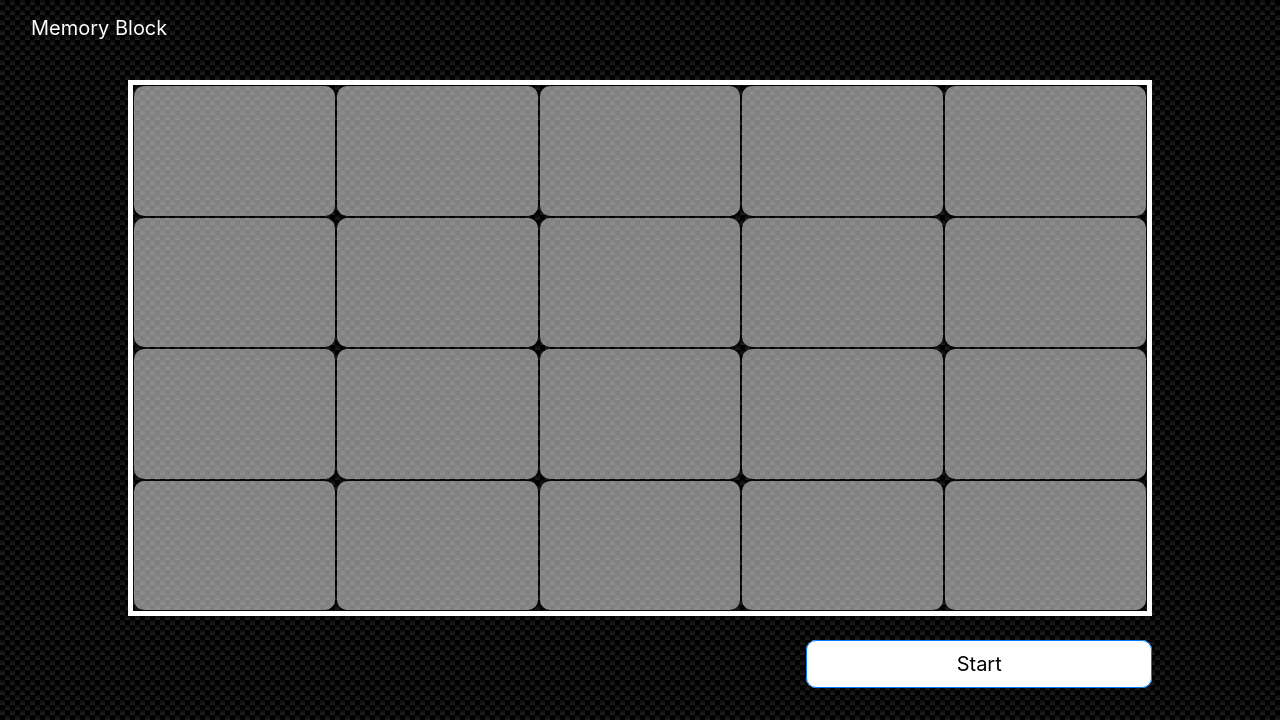
Repository: chrisrees85/memory-block
Page: hard.html
The author's editor kept a record of every edit. The page is drawn from the files as they stood at one moment, then again after the next edit.
The browser window is 1280 px wide. The pictures show the whole page.

Above is the page before.

### hard.html
<!DOCTYPE html>
<html lang="en">

<head>
    <meta charset="UTF-8">
    <meta name="viewport" content="width=device-width, initial-scale=1.0">
    <meta http-equiv="X-UA-Compatible" content="ie=edge">
    <title>Memory Block</title>
    <link rel="stylesheet" href="https://stackpath.bootstrapcdn.com/bootstrap/4.3.1/css/bootstrap.min.css" integrity="sha384-ggOyR0iXCbMQv3Xipma34MD+dH/1fQ784/j6cY/iJTQUOhcWr7x9JvoRxT2MZw1T" crossorigin="anonymous">
    <link rel="stylesheet" href="assets/css/style.css" type="text/css" />
</head>

<body>
    <div class="container-fluid">
        <nav class="navbar navbar-dark bg-dark">
                        <a class="navbar-brand" href="index.html">Memory Block</a>
        </nav>
    </div>
    </br>
        <div class="container board">
            <div class="row">
                <div class="col tiles"></div>
                <div class="col tiles"></div>
                <div class="col tiles"></div>
                <div class="col tiles"></div>
                <div class="col tiles"></div>
            </div>
            <div class="row">
                <div class="col tiles"></div>
                <div class="col tiles"></div>
                <div class="col tiles"></div>
                <div class="col tiles"></div>
                <div class="col tiles"></div>
            </div>
            <div class="row">
                <div class="col tiles"></div>
                <div class="col tiles"></div>
                <div class="col tiles"></div>
                <div class="col tiles"></div>
                <div class="col tiles"></div>
            </div>
            <div class="row">
                <div class="col tiles"></div>
                <div class="col tiles"></div>
                <div class="col tiles"></div>
                <div class="col tiles"></div>
                <div class="col tiles"></div>
            </div>
        </div>
        </br>
        <div class="row btn-right">

            <div id="btn"></div>

        </div>
    </div>

    <div class="modal fade" id="exampleModal" tabindex="-1" role="dialog" aria-labelledby="exampleModalLabel" aria-hidden="true">
        <div class="modal-dialog" role="document">
            <div class="modal-content">
                <div class="modal-header">
                    <h5 class="modal-title" id="modal-head"></h5>
                </div>
                <div class="modal-body" id='modal-text'>
                </div>
                <div class="modal-footer">
                    <div id="modal-btn1"></div>
                    <div id="modal-btn2"></div>
                </div>
            </div>
        </div>
    </div>


    <script src="https://code.jquery.com/jquery-3.3.1.slim.min.js" integrity="sha384-q8i/X+965DzO0rT7abK41JStQIAqVgRVzpbzo5smXKp4YfRvH+8abtTE1Pi6jizo" crossorigin="anonymous"></script>
    <script src="https://cdnjs.cloudflare.com/ajax/libs/popper.js/1.14.7/umd/popper.min.js" integrity="sha384-UO2eT0CpHqdSJQ6hJty5KVphtPhzWj9WO1clHTMGa3JDZwrnQq4sF86dIHNDz0W1" crossorigin="anonymous"></script>
    <script src="https://stackpath.bootstrapcdn.com/bootstrap/4.3.1/js/bootstrap.min.js" integrity="sha384-JjSmVgyd0p3pXB1rRibZUAYoIIy6OrQ6VrjIEaFf/nJGzIxFDsf4x0xIM+B07jRM" crossorigin="anonymous"></script>
    <script type="text/javascript" src="assets/js/scripts.js"></script>
</body>

</html>

### assets/css/style.css
* {
  padding: 0;
  margin: 0;
  box-sizing: border-box;
}

body {
  background-color: rgb(32, 32, 32);
  background-image: linear-gradient(45deg, black 25%, transparent 25%, transparent 75%, black 75%, black), linear-gradient(45deg, black 25%, transparent 25%, transparent 75%, black 75%, black), linear-gradient(to bottom, rgb(8, 8, 8), rgb(32, 32, 32));
  background-size: 10px 10px, 10px 10px, 10px 5px;
  background-position: 0px 0px, 5px 5px, 0px 0px;
}

h1, p{
  color:white;
}

.navbar-dark{
  background-color: rgba(0,0,0,0)!important;
}

.center {
  text-align: center;
}

.btn-lg{
  width:60vw;
  margin:auto;
  border-radius: 10px;
}

.board {
  width: 80vw;
  height:calc(72vh + 18px);
  margin: auto;
  border:5px solid white;
}

.tiles {
  background-color: rgba(255,255,255,0.5);
  height: 18vh;
  border-radius: 10px;
  margin: 1px;
}

.btn-right {
  margin-right: 10vw;
  float: right;
}

#btn,
#play-btn {
  width: 27vw;
  border-radius: 10px;
  background-color: white;
  color:black;
}

.blue{
  background-color: blue;
  transform: rotateY(-0deg);
  transition: transform 0.5s;
}

.green {
  background-color: green;
  transform: rotateY(180deg);
  transition: transform 0.5s;
}

.modal-dialog {
  padding-top: 200px;
}

### assets/js/scripts.js
let blocks = Array.from(document.querySelectorAll('.block'));
let buttonDiv = document.getElementById('btn');
let blocksLength = blocks.length;
let score = 0;

// First function of the play button

function startButton() {
    buttonDiv.innerHTML = '<button type="button" class="btn btn-primary btn-lg" id="play-btn" onclick="onClick();">Start</button>';
}
startButton();

// Function performs when first button function is pressed

function onClick() {
    // Renders the button inactive so the user can't keep calling onClick function
    buttonDiv.innerHTML = '<button type="button" class="btn btn-primary btn-lg" id="play-btn">Start</button>';

    // Countdown timer shown in the button text
    // Once time is up the buttons function changes to check users attempt
    let timeleft = 5;
    let countdownTimer = setInterval(function() {
        buttonDiv.innerHTML = '<button type="button" class="btn btn-primary btn-lg" id="play-btn"></button>';
        document.getElementById('play-btn').textContent = timeleft;
        timeleft -= 1;
        if (timeleft < 0) {
            clearInterval(countdownTimer);
            buttonDiv.innerHTML = '<button type="button" class="btn btn-primary btn-lg" id="play-btn" onclick="checkAttempt();" data-toggle="modal" data-target="#exampleModal">Check</button>';
        }
    }, 1000);

    // Shuffles the blocks array into a random order
    let i = blocksLength,
        rand, temp;
    while (--i > 0) {
        rand = Math.floor(Math.random() * (i + 1));
        temp = blocks[rand];
        blocks[rand] = blocks[i];
        blocks[i] = temp;
    }

    // Selects half of the shuffled array and adds the color class
    let bottomHalfblocks = blocks.slice(blocksLength / 2, blocksLength);
    bottomHalfblocks.forEach(function(i) {
        i.classList.replace('blue', 'green');
    });

    // Replaces the color class with an unused class after 6 seconds
    function clearBoard() {
        bottomHalfblocks.map(function(i) {
            i.classList.replace('green', 'blue');
            i.classList.add('marker')
        });
    }
    setTimeout(clearBoard, 6000);
    console.log(blocks);

    // Activates the users ability to click and change the block color 6 seconds after the start button is pressed
    function allowUserClick() {
        blocks.forEach(function(i) {
            i.addEventListener('click', tileClicked);
        });

        function tileClicked() {
            this.classList.toggle('green');
            this.classList.toggle('blue');
        }
    }
    setTimeout(allowUserClick, 6000);
}

let modalBtn1 = document.getElementById('modal-btn1');
let modalBtn2 = document.getElementById('modal-btn2');
// Function checks the users answers on clicking the check button and displays a modal
function checkAttempt() {

    // Loops through the blocks array and increments 1 to the score if a condition is true
    function checkClasses() {
        blocks.forEach(function(it) {
            if ((it.classList.contains('marker')) && (it.classList.contains('green'))) {
                score++;
            }
            else if ((it.classList.contains('green')) && !(it.classList.contains('marker'))) {
                score = blocksLength;
            }
        });
    }
    checkClasses();

    // Modal either gives a yes or no answer as to whether the user has succeeded
    if (score == blocksLength / 2) {
        document.getElementById('modal-head').textContent = ('CONGRATULATIONS!');
        document.getElementById('modal-text').textContent = ('You did it! why not do it again');
        modalBtn1.innerHTML = '<button type="button" class="btn btn-primary" onclick="location.reload();">New Game</button>';
        modalBtn2.innerHTML = '';
    }
    else {
        document.getElementById('modal-head').textContent = ('SORRY NOT THIS TIME!');
        document.getElementById('modal-text').textContent = ('See why and try again');
        modalBtn1.innerHTML = '<button type="button" class="btn btn-primary" data-dismiss="modal" onclick="reveal();">Reveal</button>';
        modalBtn2.innerHTML = '<button type="button" class="btn btn-primary" data-dismiss="modal" onclick="retry();">Try Again</button>';
    }
    // resets the score to 0 to keep the users attempt accurate
    score = 0;
}

function retry() {
    blocks.forEach(function(it) {
        if (it.classList.contains('green')) {
            it.classList.replace('green', 'blue');
        }
    });
}

// Replaces green class with blue class
function reveal() {
    buttonDiv.innerHTML = '<button type="button" class="btn btn-primary btn-lg" id="play-btn" onclick="location.reload();">New Game</button>';
    blocks.forEach(function(it) {
        if ((it.classList.contains('green')) && !(it.classList.contains('marker'))) {
            it.classList.replace('green', 'blue');
        }
        else if (!(it.classList.contains('green')) && (it.classList.contains('marker'))) {
            it.classList.replace('blue', 'green');
        }
    });
}

After the next edit:
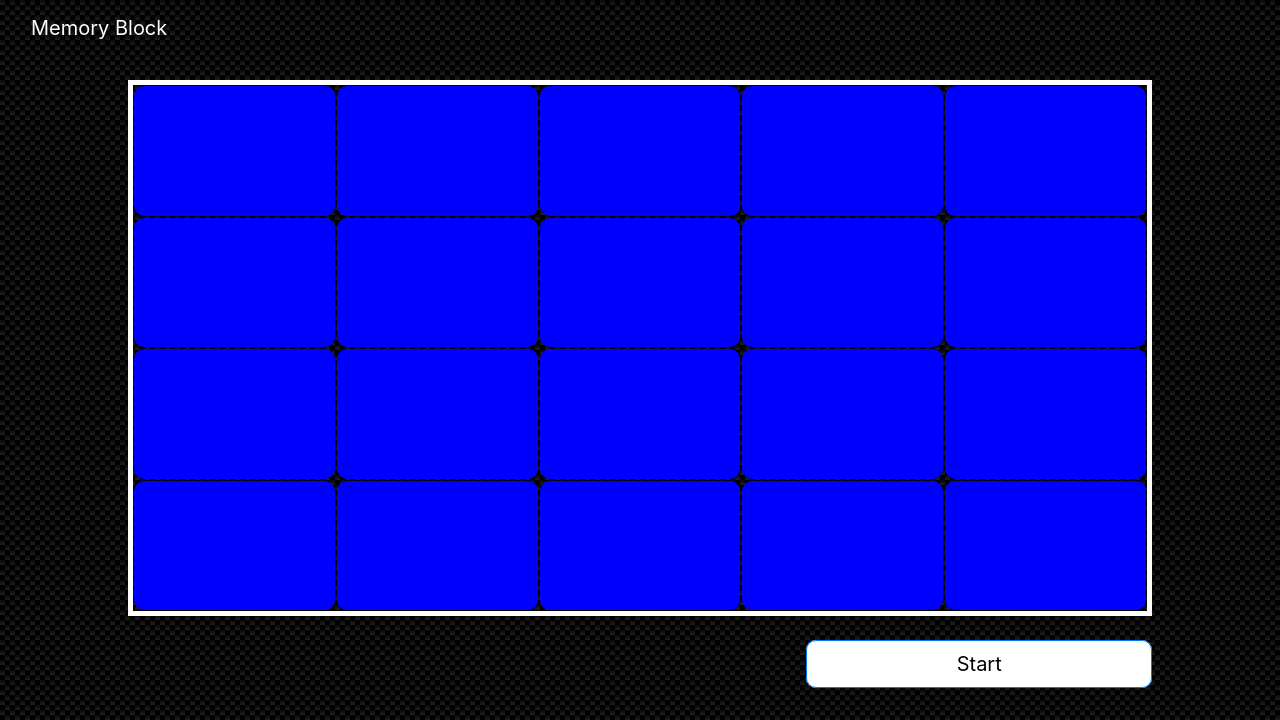
The edit:
--- a/hard.html
+++ b/hard.html
@@ -19,32 +19,32 @@
     </br>
         <div class="container board">
             <div class="row">
-                <div class="col tiles"></div>
-                <div class="col tiles"></div>
-                <div class="col tiles"></div>
-                <div class="col tiles"></div>
-                <div class="col tiles"></div>
+                <div class="col tiles blue"></div>
+                <div class="col tiles blue"></div>
+                <div class="col tiles blue"></div>
+                <div class="col tiles blue"></div>
+                <div class="col tiles blue"></div>
             </div>
             <div class="row">
-                <div class="col tiles"></div>
-                <div class="col tiles"></div>
-                <div class="col tiles"></div>
-                <div class="col tiles"></div>
-                <div class="col tiles"></div>
+                <div class="col tiles blue"></div>
+                <div class="col tiles blue"></div>
+                <div class="col tiles blue"></div>
+                <div class="col tiles blue"></div>
+                <div class="col tiles blue"></div>
             </div>
             <div class="row">
-                <div class="col tiles"></div>
-                <div class="col tiles"></div>
-                <div class="col tiles"></div>
-                <div class="col tiles"></div>
-                <div class="col tiles"></div>
+                <div class="col tiles blue"></div>
+                <div class="col tiles blue"></div>
+                <div class="col tiles blue"></div>
+                <div class="col tiles blue"></div>
+                <div class="col tiles blue"></div>
             </div>
             <div class="row">
-                <div class="col tiles"></div>
-                <div class="col tiles"></div>
-                <div class="col tiles"></div>
-                <div class="col tiles"></div>
-                <div class="col tiles"></div>
+                <div class="col tiles blue"></div>
+                <div class="col tiles blue"></div>
+                <div class="col tiles blue"></div>
+                <div class="col tiles blue"></div>
+                <div class="col tiles blue"></div>
             </div>
         </div>
         </br>
